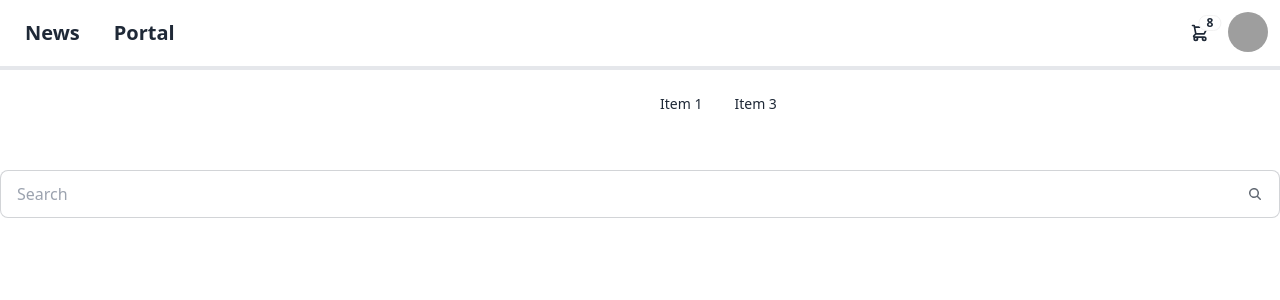
Repository: RudrasahaDibos/news-portal
Page: index.html
The author's editor kept a copy of each file at every save. The page is drawn from the files as they stood at one save, then again after a run of saves.
The browser window is 1280 px wide. The pictures show the whole page.
Pictures or frames that could not be fetched are drawn as grey boxes. Some web libraries are served in a nearby version.

Above is the page before, as saved 2024-11-23 15:00:13.

### index.html
<!DOCTYPE html>
<html lang="en">
<head>
    <meta charset="UTF-8">
    <meta name="viewport" content="width=device-width, initial-scale=1.0">
    <title>news_portals</title>
    <!-- tailwinds  -->
    <link href="https://cdn.jsdelivr.net/npm/daisyui@4.12.14/dist/full.min.css" rel="stylesheet" type="text/css" />
    <script src="https://cdn.tailwindcss.com"></script>

</head>
<body class="container mx-auto ">
    <!-- header starts here -->
        <header>
                   <!-- navbar start here -->
                   <div class="navbar bg-base-100 border-b-4">
                    <div class="flex-1">
                      <a class="btn btn-ghost text-xl">News</a>
                      <a class="btn btn-ghost text-xl">Portal</a>
                    </div>
                    <div class="flex-none">
                      <div class="dropdown dropdown-end">
                        <div tabindex="0" role="button" class="btn btn-ghost btn-circle">
                          <div class="indicator">
                            <svg
                              xmlns="http://www.w3.org/2000/svg"
                              class="h-5 w-5"
                              fill="none"
                              viewBox="0 0 24 24"
                              stroke="currentColor">
                              <path
                                stroke-linecap="round"
                                stroke-linejoin="round"
                                stroke-width="2"
                                d="M3 3h2l.4 2M7 13h10l4-8H5.4M7 13L5.4 5M7 13l-2.293 2.293c-.63.63-.184 1.707.707 1.707H17m0 0a2 2 0 100 4 2 2 0 000-4zm-8 2a2 2 0 11-4 0 2 2 0 014 0z" />
                            </svg>
                            <span class="badge badge-sm indicator-item">8</span>
                          </div>
                        </div>
                        <div
                          tabindex="0"
                          class="card card-compact dropdown-content bg-base-100 z-[1] mt-3 w-52 shadow">
                          <div class="card-body">
                            <span class="text-lg font-bold">8 Items</span>
                            <span class="text-info">Subtotal: $999</span>
                            <div class="card-actions">
                              <button class="btn btn-primary btn-block">View cart</button>
                            </div>
                          </div>
                        </div>
                      </div>
                      <div class="dropdown dropdown-end">
                        <div tabindex="0" role="button" class="btn btn-ghost btn-circle avatar">
                          <div class="w-10 rounded-full">
                            <img
                              alt="Tailwind CSS Navbar component"
                              src="https://img.daisyui.com/images/stock/photo-1534528741775-53994a69daeb.webp" />
                          </div>
                        </div>
                        <ul
                          tabindex="0"
                          class="menu menu-sm dropdown-content bg-base-100 rounded-box z-[1] mt-3 w-52 p-2 shadow">
                          <li>
                            <a class="justify-between">
                              Profile
                              <span class="badge">New</span>
                            </a>
                          </li>
                          <li><a>Settings</a></li>
                          <li><a>Logout</a></li>
                        </ul>
                      </div>
                    </div>
                  </div>




                  <!-- 2nd  -->
                  <div class="navbar bg-base-100">
                    <div class="navbar-start">
                      <div class="dropdown">
                        <div tabindex="0" role="button" class="btn btn-ghost lg:hidden">
                          <svg
                            xmlns="http://www.w3.org/2000/svg"
                            class="h-5 w-5"
                            fill="none"
                            viewBox="0 0 24 24"
                            stroke="currentColor">
                            <path
                              stroke-linecap="round"
                              stroke-linejoin="round"
                              stroke-width="2"
                              d="M4 6h16M4 12h8m-8 6h16" />
                          </svg>
                        </div>
                        <ul
                          tabindex="0"
                          class="menu menu-sm dropdown-content bg-base-100 rounded-box z-[1] mt-3 w-52 p-2 shadow">
                          <li><a>Item 1</a></li>

                          <li><a>Item 3</a></li>
                        </ul>
                      </div>

                    </div>
                    <div class="navbar-center hidden lg:flex">
                      <ul class="menu menu-horizontal px-1">
                        <li><a>Item 1</a></li>

                        <li><a>Item 3</a></li>
                      </ul>
                    </div>

                  </div>

                   <!-- navbar end here -->
        </header>
        <!-- header end here -->

        <!-- main is start here -->
         <main>
            <!-- search button start here -->
            <label class="input input-bordered flex items-center gap-2 mt-8">
                <input type="text" class="grow" placeholder="Search" />
                <svg
                  xmlns="http://www.w3.org/2000/svg"
                  viewBox="0 0 16 16"
                  fill="currentColor"
                  class="h-4 w-4 opacity-70">
                  <path
                    fill-rule="evenodd"
                    d="M9.965 11.026a5 5 0 1 1 1.06-1.06l2.755 2.754a.75.75 0 1 1-1.06 1.06l-2.755-2.754ZM10.5 7a3.5 3.5 0 1 1-7 0 3.5 3.5 0 0 1 7 0Z"
                    clip-rule="evenodd" />
                </svg>
              </label>
              <!-- search button ends here -->

         </main>
         <!-- main is end here -->
</body>
</html>

After the next 4 saves:
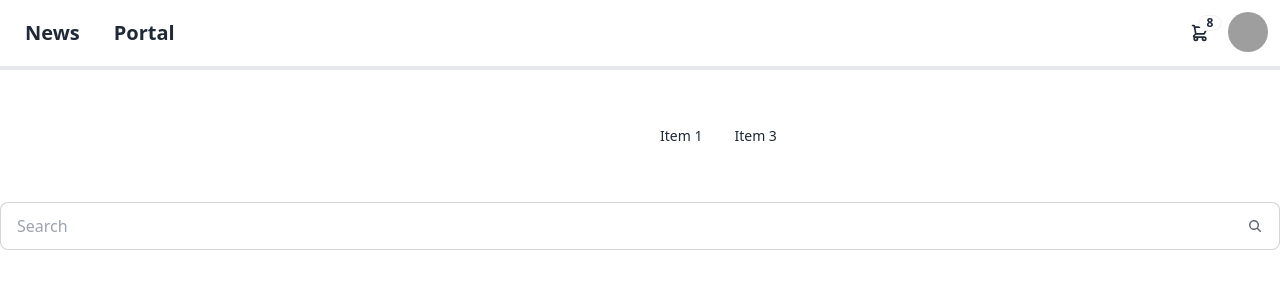
The 4 saves are shown as one change because they came seconds apart.
The last was saved 12 s later.
--- a/index.html
+++ b/index.html
@@ -76,8 +76,8 @@
 
 
 
-                  <!-- 2nd  -->
-                  <div class="navbar bg-base-100">
+                  <!-- 2nd   -->
+                  <div class="navbar bg-base-100 mt-8">
                     <div class="navbar-start">
                       <div class="dropdown">
                         <div tabindex="0" role="button" class="btn btn-ghost lg:hidden">
